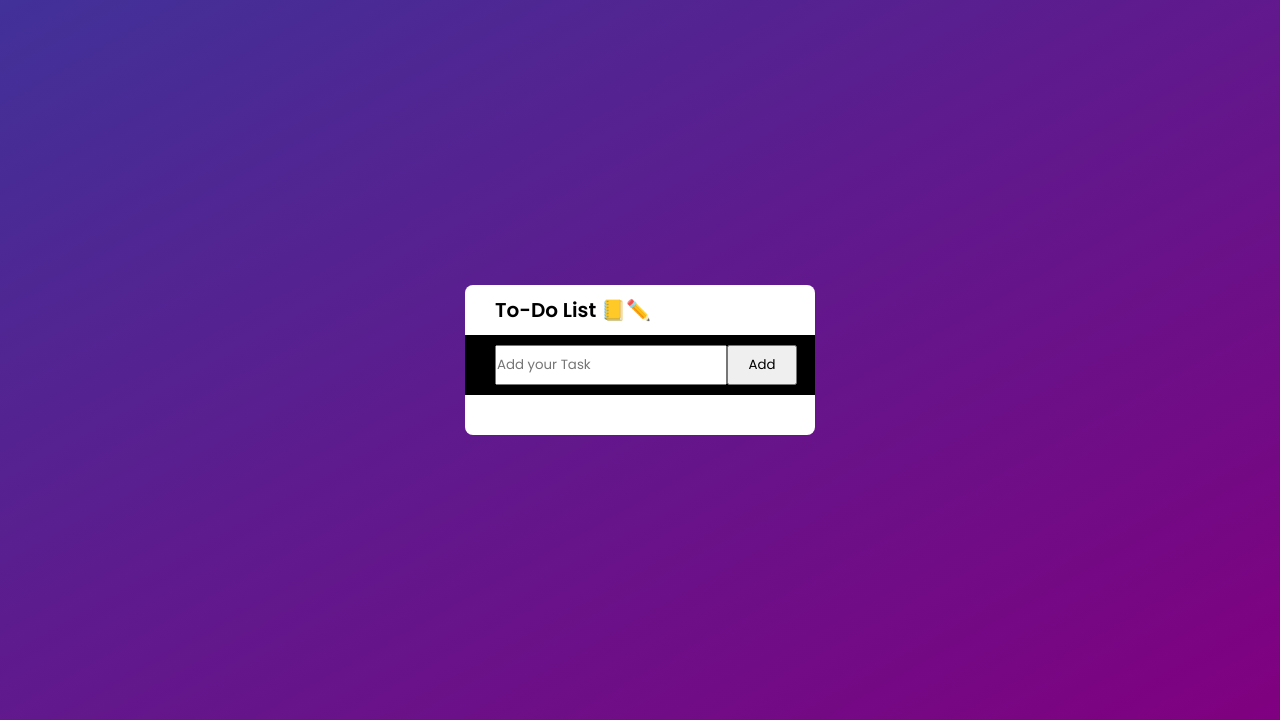
Repository: Ankitkr2021/To-Do-List
Page: index.html
These files come from the project's save history. The page is drawn as it stood at one moment and after the next save; the edit follows.
The browser window is 1280 px wide. The pictures show the whole page.

Above is the page before, as saved 2025-10-03 10:08:21.

After the next save:
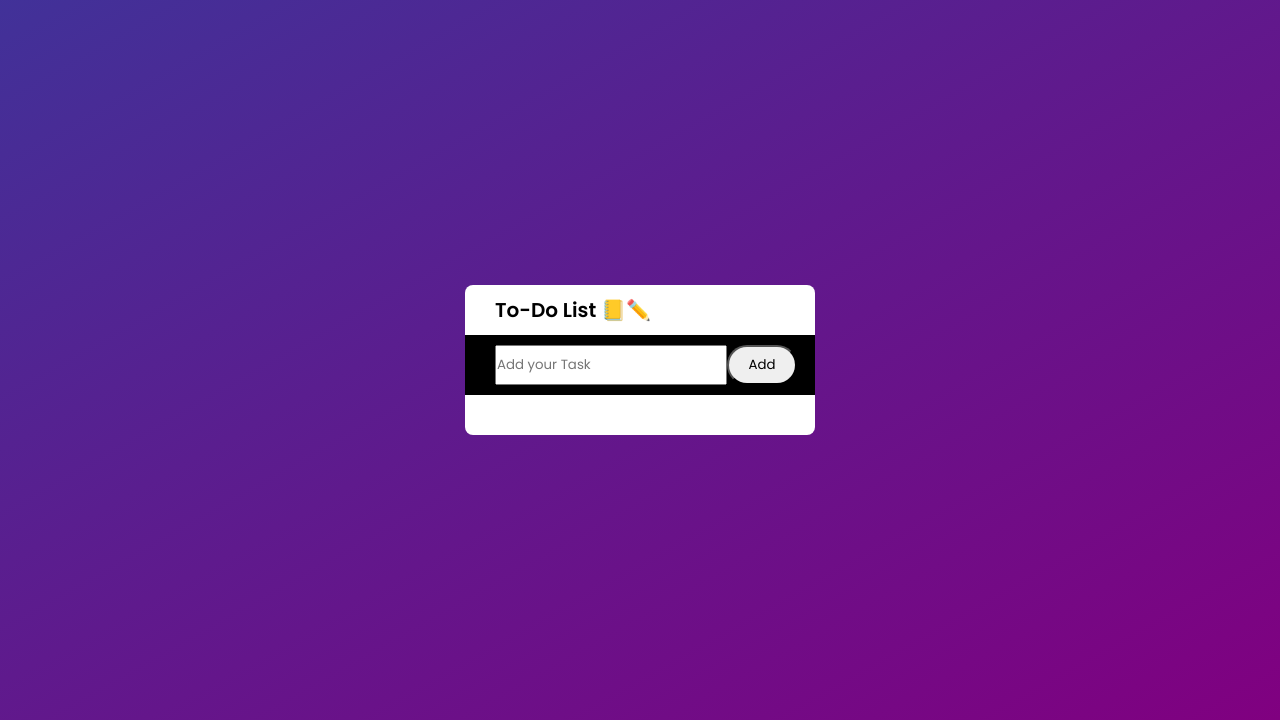
Saved 10 s later.
--- a/style.css
+++ b/style.css
@@ -45,4 +45,5 @@ body{
     position: absolute;
     height: 40px;
     width: 20%;
+    border-radius: 20px;
 }
